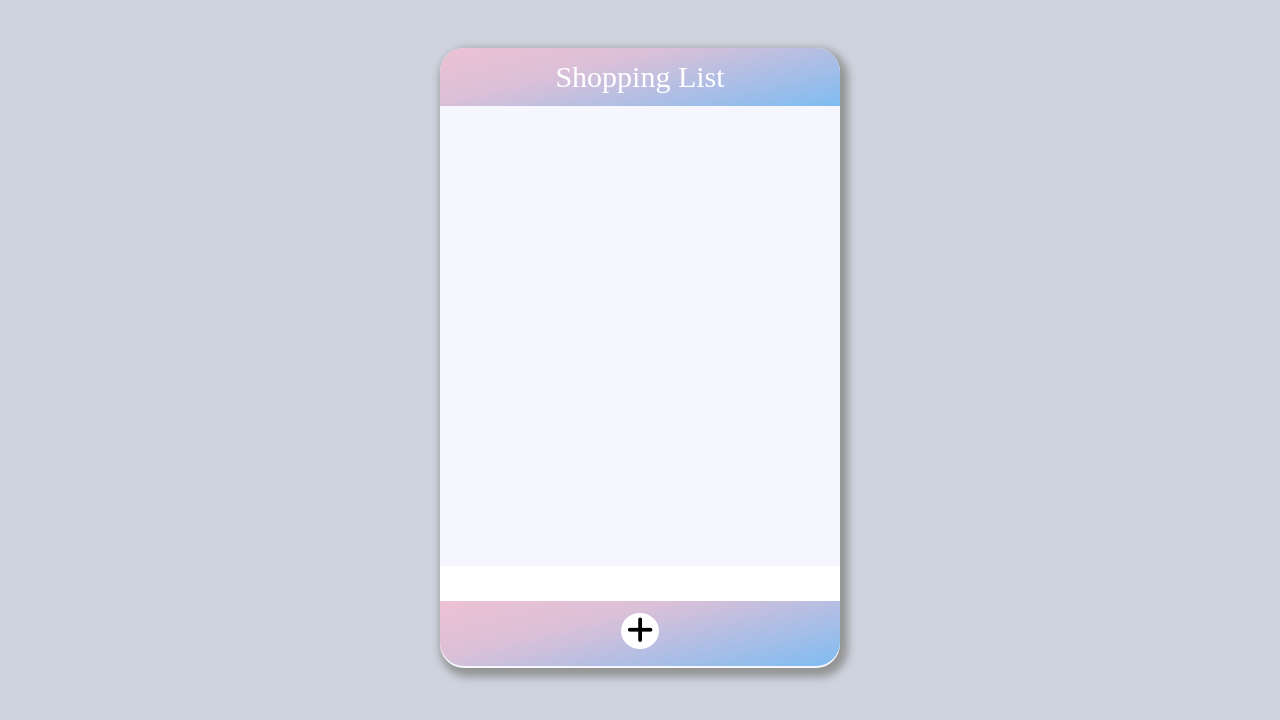
Repository: keehoonjung/Shopping-list
Page: index.html
The author's editor kept a copy of each file at every save. The page is drawn from the files as they stood at one save, then again after the next save.
The browser window is 1280 px wide. The pictures show the whole page.
Some web libraries are served in a nearby version.

Above is the page before, as saved 2021-08-09 14:34:20.

### index.html
<!DOCTYPE html>
<html lang="en">
<head>
    <meta charset="UTF-8">
    <meta http-equiv="X-UA-Compatible" content="IE=edge">
    <meta name="viewport" content="width=device-width, initial-scale=1.0">
    <title>Shopping-list</title>
    <script src="main.js" defer></script>
    <link rel="stylesheet" href="style.css">
    <script src="https://kit.fontawesome.com/a7a8d59961.js" crossorigin="anonymous"></script>
</head>
<body>
    <section class="container">
        <div class="header">
            Shopping List
        </div>
        <ul class="main_list">
        </ul>
        <input type="text" onkeydown="enterkey()" class="input_text">
        <div class="footer">
            <button class="create__Btn">
                <i class="fas fa-plus"></i>
            </button>
        </div>
    </section>
</body>
</html>

### main.js
"use strict";

const inputText = document.querySelector(".input_text");
const createBtn = document.querySelector(".create__Btn");
const shoppingList = document.querySelector(".main_list");
const deleteBtn = document.querySelector(".delete__Btn");

createBtn.addEventListener("click", (event) => {
  const text = inputText.value;
  const list = document.createElement("li");
  createList(list, text);
});

shoppingList.addEventListener("click", (event) => {
  const target = event.target.parentNode;
  if (target.classList == "delete__Btn") {
    target.parentNode.remove();
  }
});

function enterkey() {
  if (window.event.keyCode == 13) {
    const text = inputText.value;
    const list = document.createElement("li");
    createList(list, text);
  }
}

function createList(list, text) {
  list.innerHTML = `
    <span> ${text} </span>
    <button class="delete__Btn">
        <i class="fas fa-trash-alt"></i>
    </button>`;
  shoppingList.appendChild(list);
  inputText.value = "";
  inputText.focus();
}

### style.css
* {
  box-sizing: border-box;
}

body {
  background-color: #ced3df;
  text-align: center;
}

li {
  display: flex;
  justify-content: space-between;
  list-style: none;
  width: 100%;
  margin-bottom: 12px;
}

button {
  cursor: pointer;
  border-style: none;
  background-color: transparent;
  outline: none;
  font-size: 18px;
}

.delete__Btn {
  transition: all 300ms ease-in;
}

.delete__Btn:hover {
  transform: scale(1.1);
  color: red;
}

.container {
  margin: 0;
  display: inline-block;
  background-color: rgb(246, 246, 255);
  height: 620px;
  width: 400px;
  border-radius: 24px;
  transform: translateY(40px);
  -webkit-box-shadow: 4px 5px 8px 4px #949494;
  box-shadow: 4px 5px 8px 4px #949494;
}

.header {
  background: rgb(227, 120, 233);
  background: rgba(237, 193, 211);

  background: linear-gradient(
    166deg,
    rgba(237, 193, 211, 1) 0%,
    rgba(219, 192, 216, 1) 35%,
    rgba(127, 188, 242, 1) 100%
  );
  font-size: 30px;
  color: white;
  border-top-left-radius: 24px;
  border-top-right-radius: 24px;
  padding: 12px 0;
}

.main_list {
  padding: 6px 24px;
  font-size: 20px;
  height: 420px;
  overflow-y: auto;
}

.input_text {
  width: 400px;
  font-size: 16px;
  border-style: none;
  height: 35px;
  padding: 0;
  padding-left: 24px;
  outline: none;
}

.footer {
  background: rgba(237, 193, 211);

  background: linear-gradient(
    166deg,
    rgba(237, 193, 211, 1) 0%,
    rgba(219, 192, 216, 1) 35%,
    rgba(127, 188, 242, 1) 100%
  );
  height: 65px;
  border-bottom-left-radius: 24px;
  border-bottom-right-radius: 24px;
}

.create__Btn {
  margin-top: 12px;
  font-size: 30px;
  background-color: white;
  border-radius: 50%;
}

After the next save:
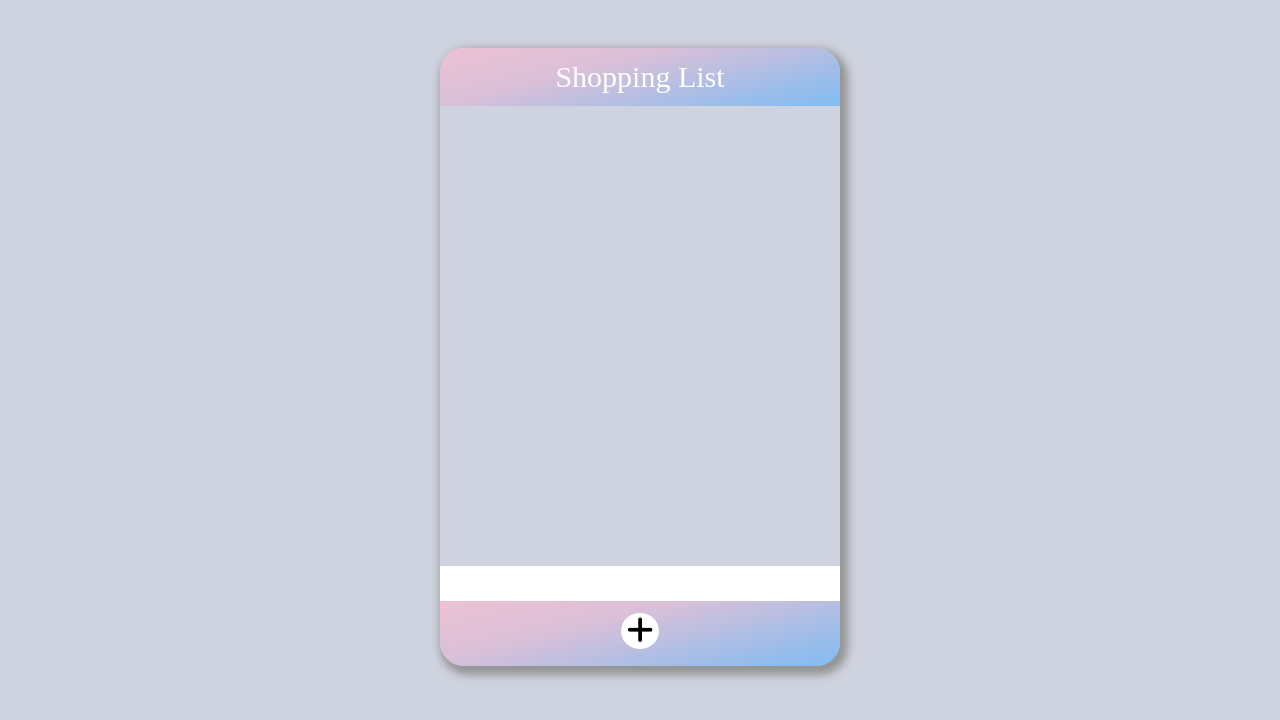
Saved 20 s later.
--- a/style.css
+++ b/style.css
@@ -35,7 +35,7 @@
 .container {
   margin: 0;
   display: inline-block;
-  background-color: rgb(246, 246, 255);
+  background-color: white
   height: 620px;
   width: 400px;
   border-radius: 24px;

After the save that followed:
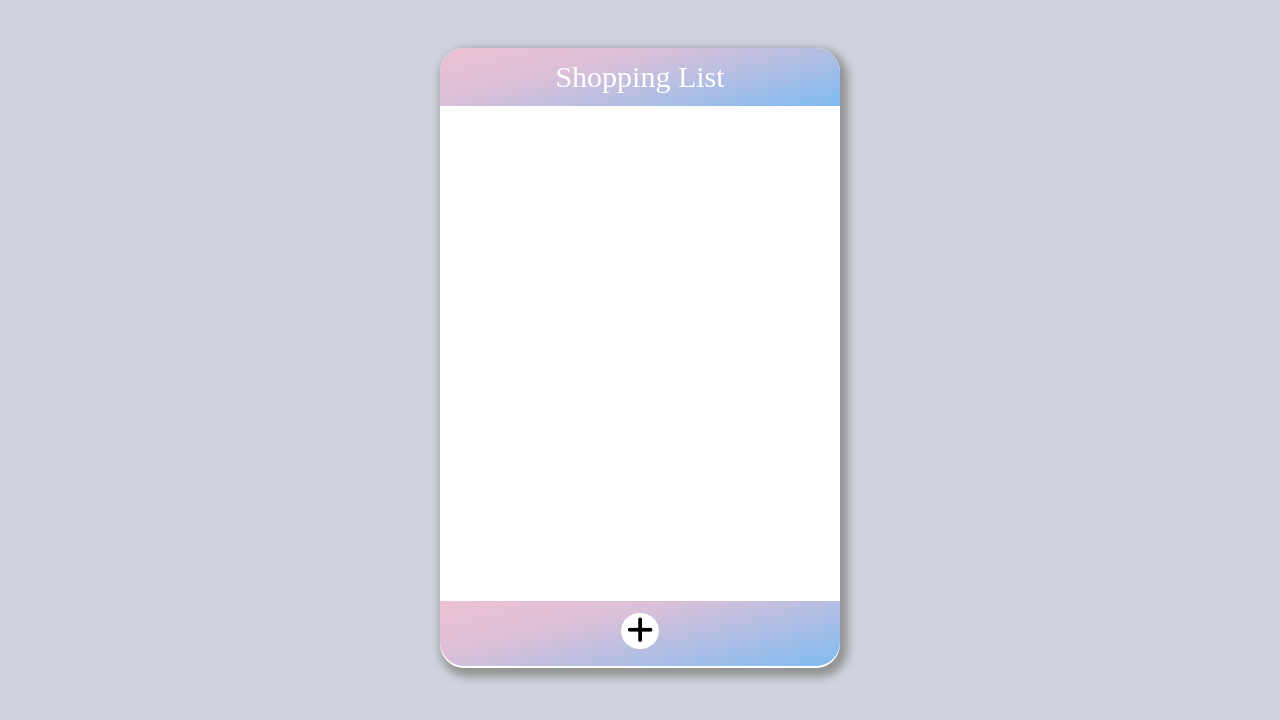
Saved 8 s later.
--- a/style.css
+++ b/style.css
@@ -35,7 +35,7 @@
 .container {
   margin: 0;
   display: inline-block;
-  background-color: white
+  background-color: white;
   height: 620px;
   width: 400px;
   border-radius: 24px;
